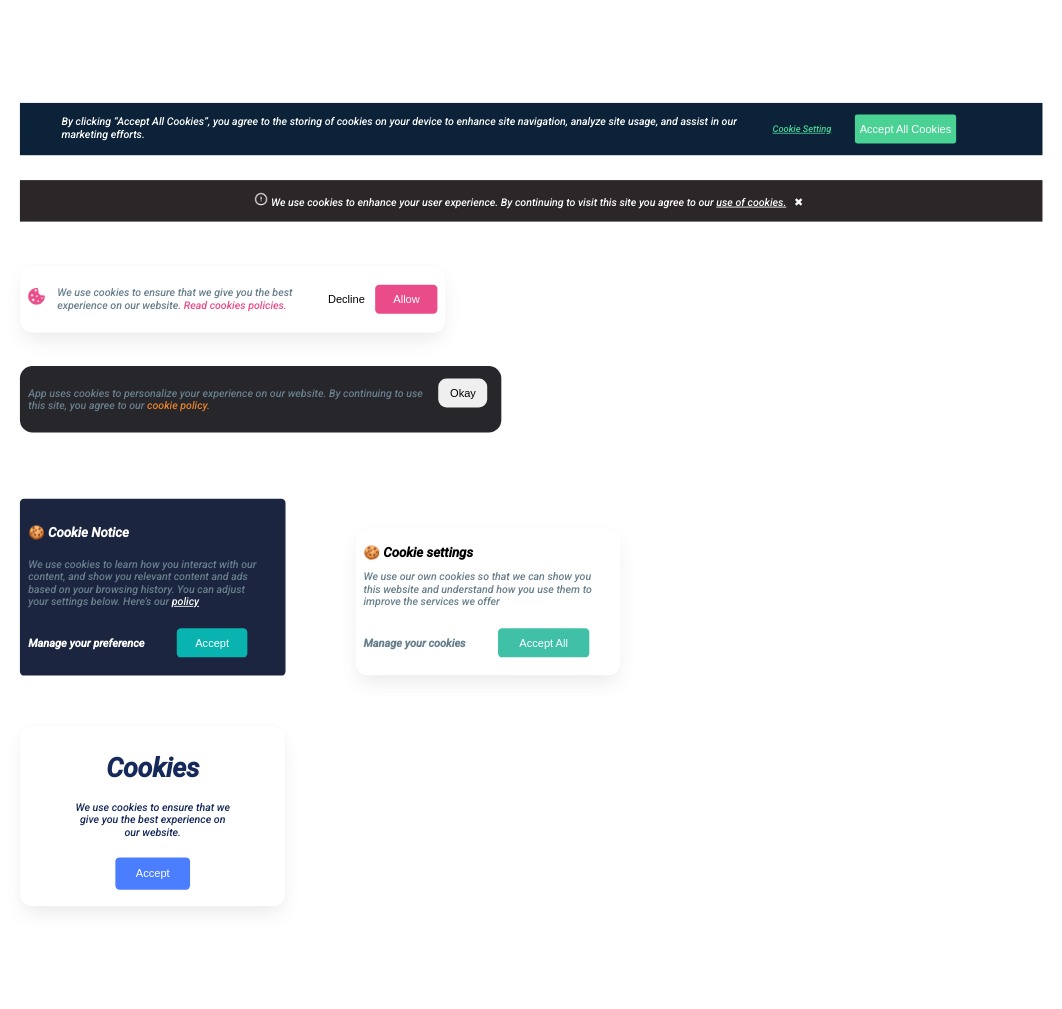
Repository: batonAnton/cursor_cookies_lectr3
Page: index.html
An editor plug-in stored every save of this project. The page is shown before and after the next save, followed by the edit.
The browser window is 1280 px wide. The pictures show the whole page, at 83% of full size.

Above is the page before, as saved 2022-06-01 15:04:08.

### index.html
<!DOCTYPE html>
<html lang="en">
<head>
    <meta charset="UTF-8">
    <meta http-equiv="X-UA-Compatible" content="IE=edge">
    <meta name="viewport" content="width=device-width, initial-scale=1.0">
    <link rel="preconnect" href="https://fonts.googleapis.com">
    <link rel="preconnect" href="https://fonts.gstatic.com" crossorigin>
    <link href="https://fonts.googleapis.com/css2?family=Roboto:ital,wght@1,500&display=swap" rel="stylesheet">
    <link rel="stylesheet" href="/css/style.css">
    <title>Cookie Banner</title>
</head>
<body>
    <div class="container">
        <div class="banner_1">
            <p>By clicking “Accept All Cookies”, you agree to the storing of cookies on your device to enhance site navigation, analyze site usage, and assist in our <br> marketing efforts.</p>
            <a href="#">cookie setting</a>
            <button>accept all cookies</button>
        </div>

        <div class="banner_2">
            <p> <img src="/images/exclamation mark.png" alt="mark"> We use cookies to enhance your user experience. By continuing to visit this site you agree to our <span class="under_span">use of cookies.</span>
                <button><span>&#10006</span></button>
            </div></p>
        </div>

        <div class="banner_3">
            <img src="/images/pink_cookies.png" alt="img cookies">
            <p>We use cookies to ensure that we give you the best <br> experience on our website. <a href="#">Read cookies policies.</a> </p>
            <button class="false_btn">decline</button>
            <button class="true_btn">allow</button>
        </div>

        <div class="banner_4">
            <p>App uses cookies to personalize your experience on our website. By continuing to use <br> this site, you agree to our  <a href="#">cookie policy.</a></p>
            <button>okay</button>
        </div>

        <div class="banner_5">
            <h4>🍪 Cookie Notice</h4>
            <p>We use cookies to learn how you interact with our <br> content, and show you relevant content and ads <br> based on your browsing history. You can adjust <br> your settings below. Here’s our <a href="#">policy</a></p>
            <h5>Manage your preference </h5>
            <button>accept</button>
        </div>

        <div class="banner_6">
            <h4>🍪 Cookie settings</h4>
            <p>We use our own cookies so that we can show you <br> this website and understand how you use them to <br> improve the services we offer</p>
            <h5>Manage your cookies </h5>
            <button>accept all</button>
        </div>

        <div class="banner_7">
            <h1>Cookies</h1>
            <p>We use cookies to ensure that we <br> give you the best experience on <br> our website.</p>
            <button>Accept</button>
        </div>
    </div>
</body>
</html>

### css/style.css
body {
  margin: 124px 24px;
  font-family: "Roboto", sans-serif;
}
p {
  font-size: 0.8rem;
}

.banner_1 {
  width: 100%;
  display: inline-flex;
  background-color: #0b2239;
}

.banner_1 p {
  color: #ffffff;
  margin: 15px 15px 15px 50px;
}

.banner_1 a {
  color: #4ad295;
  margin: 25px 28px;
  font-size: 0.7rem;
  text-transform: capitalize;
}

.banner_1 button {
  color: #ffffff;
  background-color: #4ad295;
  margin: 14px 50px 0px 0px;
  height: 35px;
  text-transform: capitalize;
  border-radius: 3px;
  border: none;
  cursor: pointer;
}

.banner_2 {
  width: 100%;
  margin-top: 30px;
  background-color: #2b2627;
  display: inline-flex;
}

.banner_2 p {
  color: #ffffff;
  margin: 15px auto;
}

.banner_2 button {
  border: none;
  color: #ffffff;
  background-color: #2b2627;
}

.under_span {
  text-decoration: underline;
}

.banner_3 {
  display: inline-flex;
  margin-top: 40px;
  margin-bottom: 40px;
  border-radius: 15px;
  padding: 10px;
  background: #ffffff;
  box-shadow: 0px 12px 24px -6px rgba(96, 96, 96, 0.15),
    0px 0px 1px rgba(96, 96, 96, 0.1);
}

.banner_3 p {
  margin: 15px;
}

.banner_3 img {
  height: 20px;
  margin-top: 17px;
}

.banner_3 a {
  color: #ea4c89;
  text-decoration: none;
}

.false_btn {
  background-color: white;
  border: none;
  text-transform: capitalize;
  margin: 13px 0 13px 15px;
  height: 35px;
  width: 70px;
  cursor: pointer;
}

.true_btn {
  background-color: #ea4c89;
  border: none;
  border-radius: 5px;
  text-transform: capitalize;
  margin: 13px 0 13px 0px;
  height: 35px;
  width: 75px;
  color: #ffffff;
  cursor: pointer;
}

.banner_4 {
  background-color: #26262b;
  color: #ffffff;
  border-radius: 15px;
  padding: 10px;
  display: block;
  width: 560px;
  margin-bottom: 70px;
}

.banner_4 p {
  margin: 15px auto;
  display: inline-flex;
}

.banner_4 a {
  display: contents;
  color: #e6842e;
}

.banner_4 button {
  margin-left: 15px;
  border-radius: 10px;
  width: 59px;
  height: 35px;
  text-transform: capitalize;
  border: none;
}

.banner_5,
.banner_6 h4 {
  margin: 10px 0px;
}

.banner_5 {
  width: 300px;
  background-color: #1c2540;
  color: #ffffff;
  padding: 10px;
  border-radius: 5px;
  display: inline-block;
}

.banner_5 a {
  color: #ffffff;
}

h5 {
  display: inline-flex;
}

.banner_5 button {
  background-color: #09b3af;
  border-radius: 5px;
  border: none;
  margin-left: 35px;
  text-transform: capitalize;
  height: 35px;
  width: 85px;
  color: #ffffff;
}

.banner_6 {
  border-radius: 15px;
  padding: 10px;
  background: #ffffff;
  box-shadow: 0px 12px 24px -6px rgba(96, 96, 96, 0.15),
    0px 0px 1px rgba(96, 96, 96, 0.1);
  display: inline-block;
  width: 300px;
  margin-left: 80px;
}

.banner_6 button {
  background-color: #40c1a7;
  border-radius: 5px;
  border: none;
  margin-left: 35px;
  text-transform: capitalize;
  height: 35px;
  width: 110px;
  color: #ffffff;
}

.banner_6 h5,
p {
  color: #687f8c;
}

.banner_7 {
  padding: 10px;
  background: #ffffff;
  box-shadow: 0px 12px 24px -6px rgba(96, 96, 96, 0.15),
    0px 0px 1px rgba(96, 96, 96, 0.1);
  display: block;
  width: 300px;
  border-radius: 15px;
  margin-top: 50px;
  color: #15295a;
  font-weight: 800;
  text-align: center;
}

.banner_7 p {
  font-weight: 100;
  color: #15295a;
}

.banner_7 button {
  background-color: #4a7eff;
  border: none;
  border-radius: 5px;
  color: #ffffff;
  width: 90px;
  height: 39px;
  margin: 10px 0 10px 0;
}

After the next save:
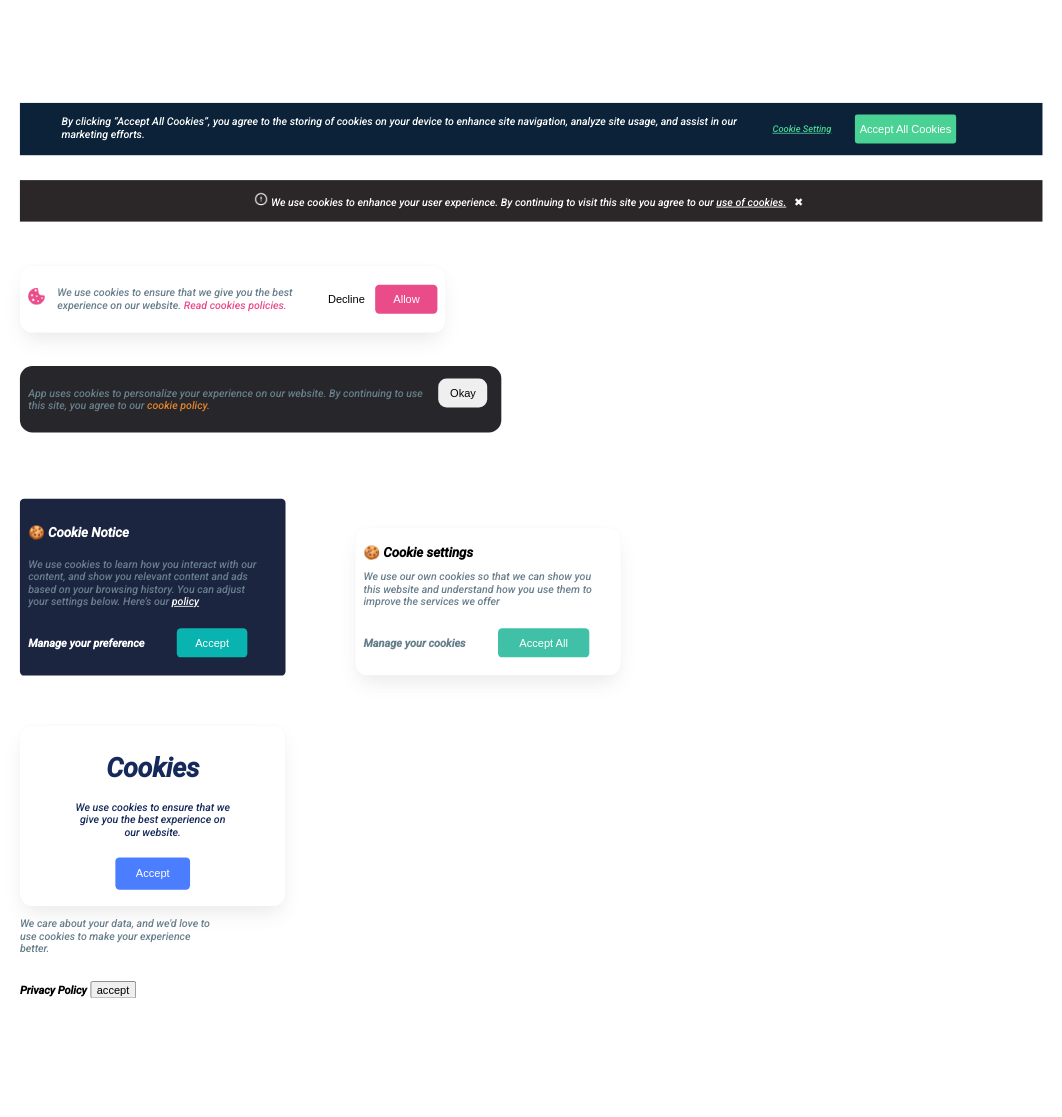
Saved 4 min 29 s later.
--- a/index.html
+++ b/index.html
@@ -55,6 +55,12 @@
             <p>We use cookies to ensure that we <br> give you the best experience on <br> our website.</p>
             <button>Accept</button>
         </div>
+
+        <div class="banner_8">
+            <p>We care about your data, and we'd love to <br> use cookies to make your experience <br> better.</p>
+            <h5>Privacy Policy </h5>
+            <button>accept</button>
+        </div>
     </div>
 </body>
 </html>
